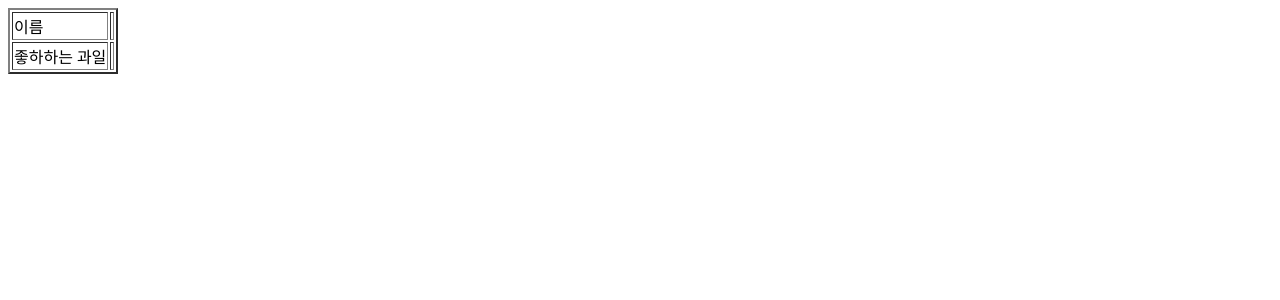
Repository: Jipumpkin/WebServer
Page: http://localhost/JSP2/result.jsp
These files come from the project's save history. The page is drawn as it stood at one moment and after the next save; the edit follows.
The browser window is 1280 px wide. The pictures show the whole page.
The page is served by Tomcat 9.

Above is the page before, as saved 2024-08-07 02:45:13.

After the next save:
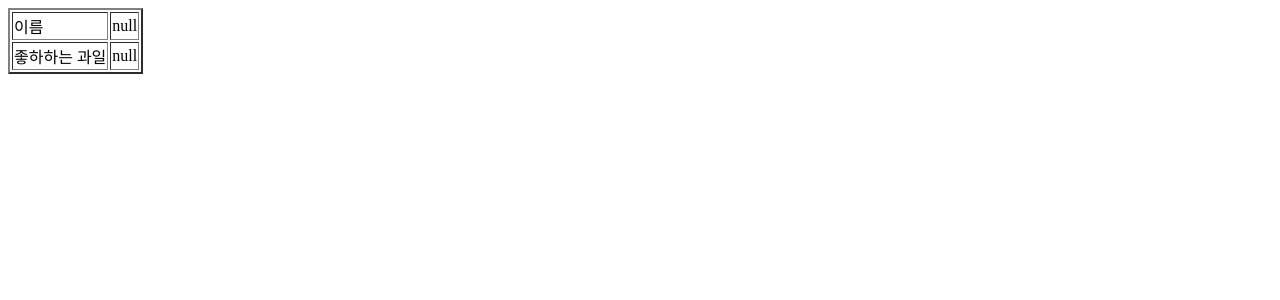
Saved 84 s later.
--- a/JSP2/src/main/webapp/result.jsp
+++ b/JSP2/src/main/webapp/result.jsp
@@ -11,11 +11,11 @@
 	<table border="2px solid">
 		<tr>
 			<td>이름</td>
-			<td></td>
+			<td><%= request.getParameter("name") %></td>
 		</tr>
 		<tr>
 			<td>좋하하는 과일</td>
-			<td></td>
+			<td><%= request.getParameter("fruit") %></td>
 		</tr>
 	</table>
 
